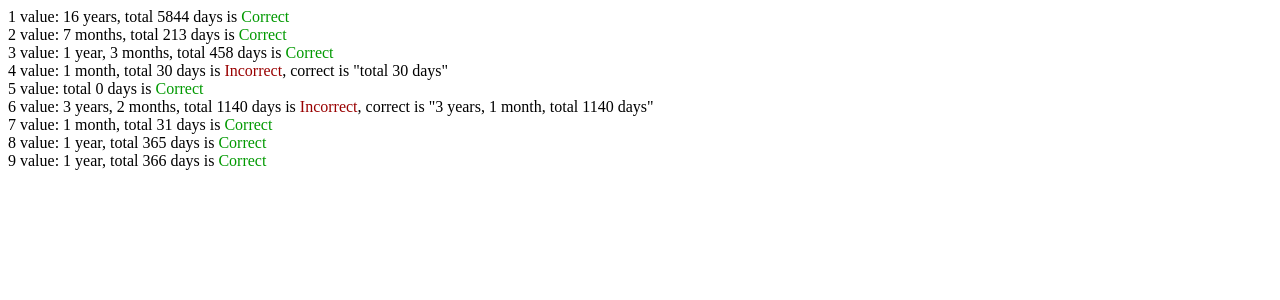
Repository: jamieking1996/tech-assessment-int
Page: index.html
The author's editor kept a copy of each file at every save. The page is drawn from the files as they stood at one save, then again after the next save.
The browser window is 1280 px wide. The pictures show the whole page.

Above is the page before, as saved 2021-08-11 09:56:28.

After the next save:
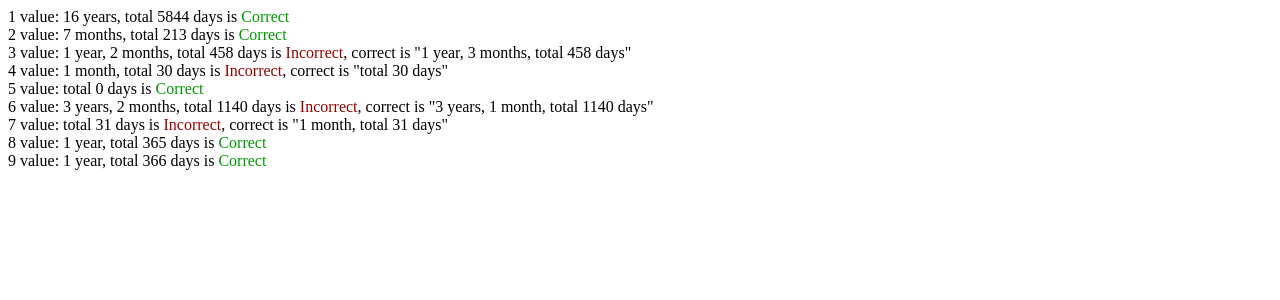
Saved 11 min 33 s later.
--- a/main.js
+++ b/main.js
@@ -53,7 +53,8 @@
 function getNumberedMonthDifference(beforeDate, afterDate) {
   const monthOffset = beforeDate.getMonth() > afterDate.getMonth() ? 12 : 0;
   // get the literal day e.g is 18 < 24. If so, then -1 off return value. If not, do nothing
-  return monthOffset - beforeDate.getMonth() + afterDate.getMonth();
+  const dayOffset = beforeDate.getDay() < afterDate.getDay() ? -1 : 0;
+  return monthOffset - beforeDate.getMonth() + afterDate.getMonth() + dayOffset;
 }
 
 function totalDayDiff(d1, d2) {

After the save that followed:
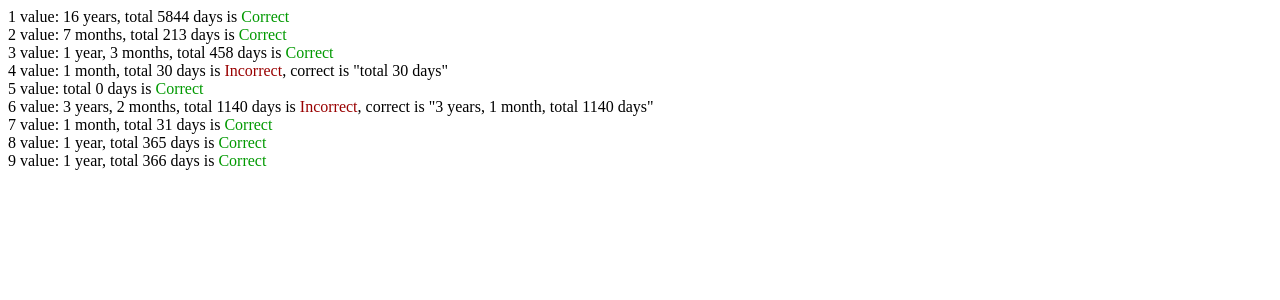
Saved 27 s later.
--- a/main.js
+++ b/main.js
@@ -54,7 +54,7 @@
   const monthOffset = beforeDate.getMonth() > afterDate.getMonth() ? 12 : 0;
   // get the literal day e.g is 18 < 24. If so, then -1 off return value. If not, do nothing
   const dayOffset = beforeDate.getDay() < afterDate.getDay() ? -1 : 0;
-  return monthOffset - beforeDate.getMonth() + afterDate.getMonth() + dayOffset;
+  return monthOffset - beforeDate.getMonth() + afterDate.getMonth();
 }
 
 function totalDayDiff(d1, d2) {
